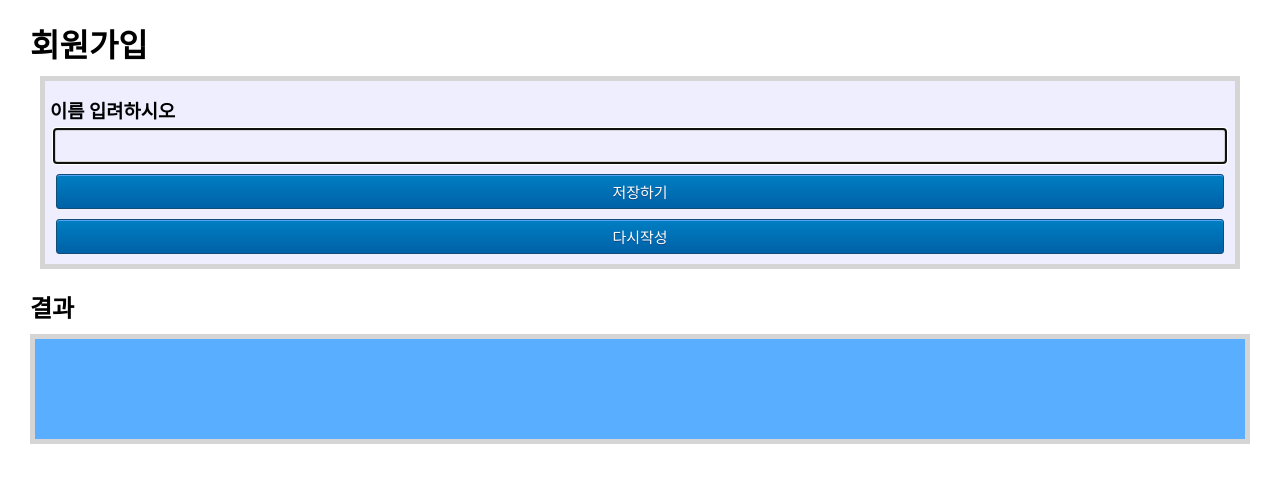
Repository: rwanda95do/bitcamp
Page: jQuery/src/main/webapp/02_jQueryEvent/exam10.html
The author's editor kept a copy of each file at every save. The page is drawn from the files as they stood at one save, then again after the next save.
The browser window is 1280 px wide. The pictures show the whole page.

Above is the page before, as saved 2024-08-23 02:09:30.

After the next save:
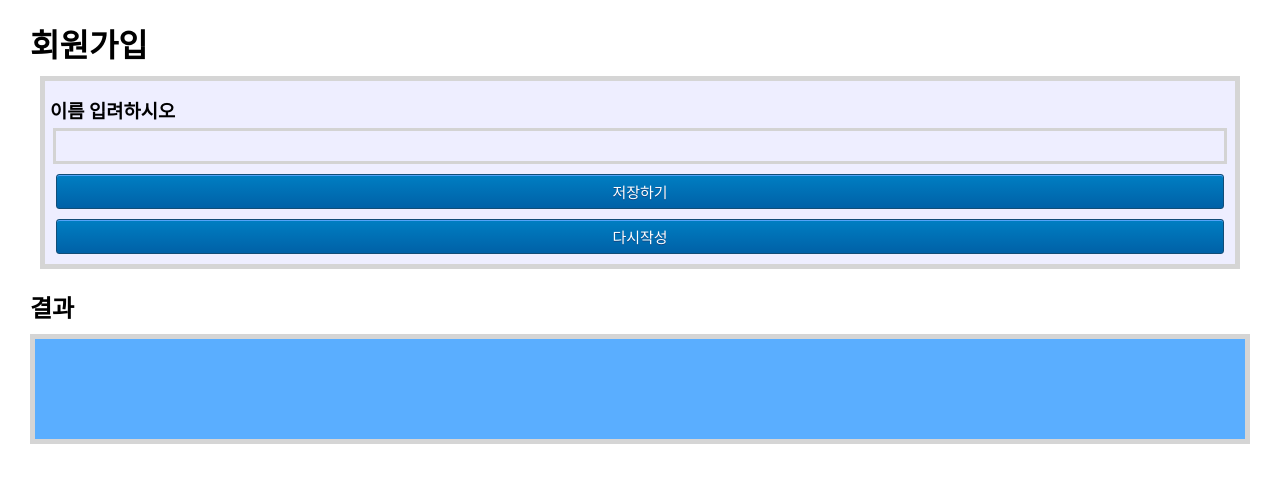
Saved 8 min 49 s later.
--- a/jQuery/src/main/webapp/02_jQueryEvent/exam10.html
+++ b/jQuery/src/main/webapp/02_jQueryEvent/exam10.html
@@ -25,17 +25,11 @@
 <script type="text/javascript">
 
 $(function () {	// <body>를 다 읽은 후에 실행
-	let count = 0;
-
-	$('#input > input[type="text"]').focus();
-
-	$('#input > input[type="text"]').focus(function() {
-		$('#result').html('포커스가 들어갔다')
+	$('form[name="form1"]').submit(function() {
+		if(!confirm('정말로 저장하시겠습니까?'))
+			return false;
 	});
 
-	$('#input > input[type="text"]').blur(function() {
-		$('#result').html('포커스가 나갔다')
-	});
 });
 </script>
 
